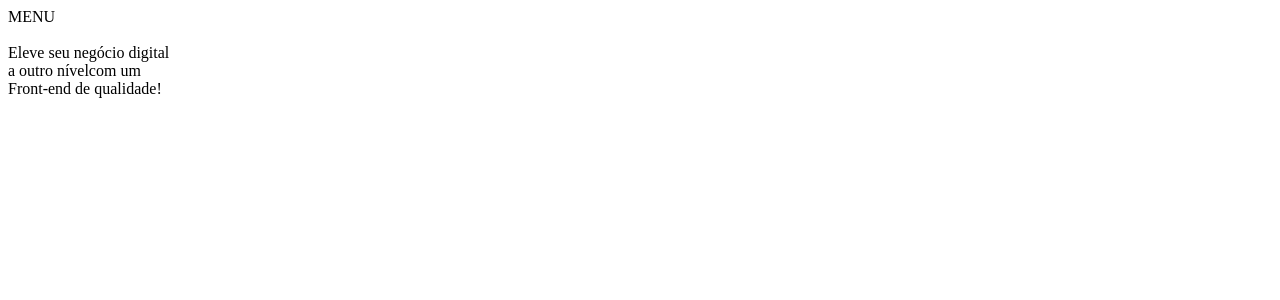
Repository: luiz123098/Sobre-mim-em-HTM-CSS
Page: htmlcss.html
These files come from the project's save history. The page is drawn as it stood at one moment and after the next save; the edit follows.
The browser window is 1280 px wide. The pictures show the whole page.

Above is the page before, as saved 2023-03-07 15:00:39.

After the next save:
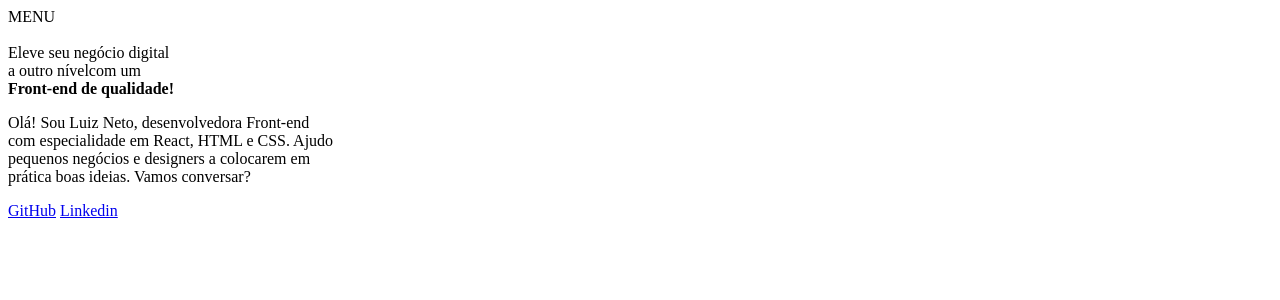
Saved 17 h 29 min later.
--- a/htmlcss.html
+++ b/htmlcss.html
@@ -12,9 +12,23 @@
         <br>
             Eleve seu negócio digital<br>
             a outro nívelcom um<br>
+            <strong>
             Front-end de qualidade!
+            </strong>
+            <p>
+            Olá! Sou Luiz Neto, desenvolvedora Front-end<br>
+            com especialidade em React, HTML e CSS. Ajudo<br>
+            pequenos negócios e designers a colocarem em<br>
+            prática boas ideias. Vamos conversar?
+            </p>
+            <a href="https://github.com/luiz123098">
+                GitHub</a>
+            <a href="https://www.linkedin.com/in/luiz-neto-alencar-b843651a9/">
+                Linkedin</a>
         </h1>
     </main>
-    <footer></footer>
+    <footer>
+
+    </footer>
 </body>
 </html>
